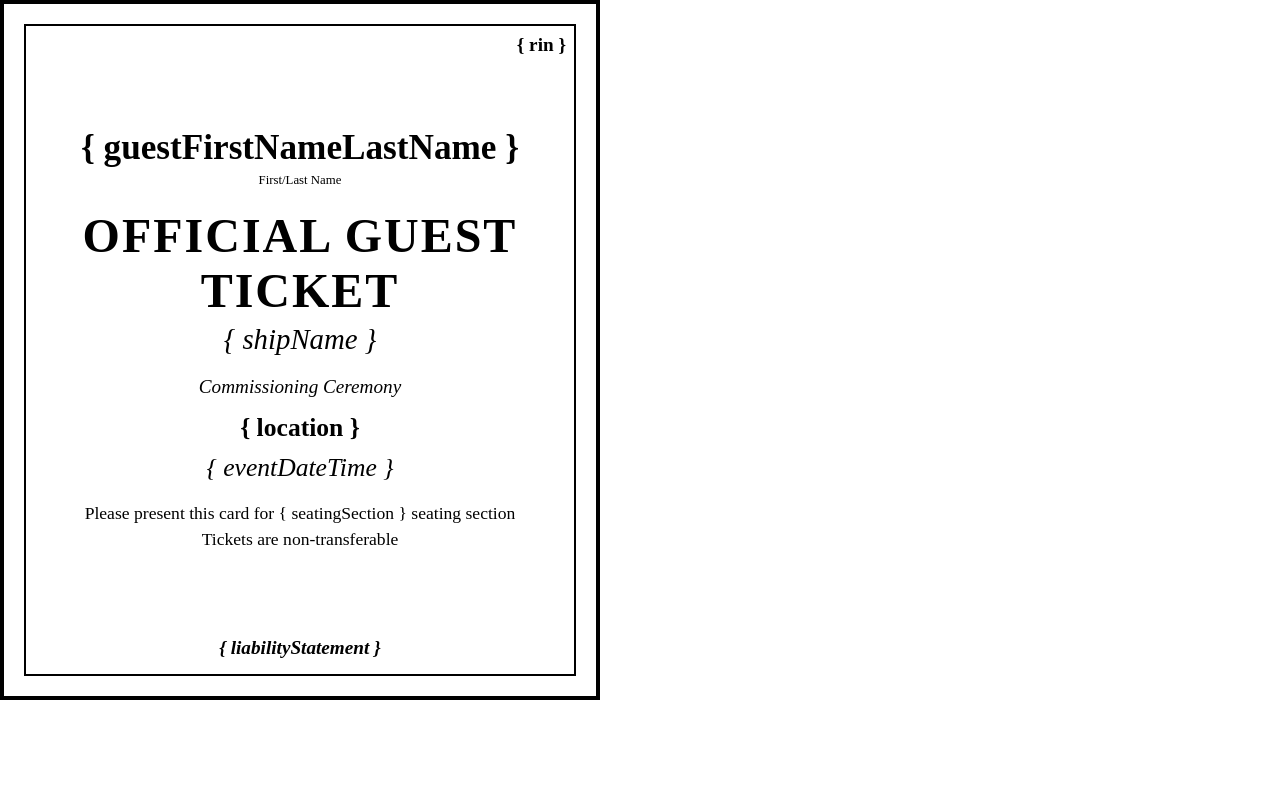
Repository: yaleevans/SabelWeasyPrintPDFLambda
Page: event_ticket_template.html
The author's editor kept a copy of each file at every save. The page is drawn from the files as they stood at one save, then again after the next save.
The browser window is 1280 px wide. The pictures show the whole page.

Above is the page before, as saved 2025-10-20 09:42:59.

After the next save:
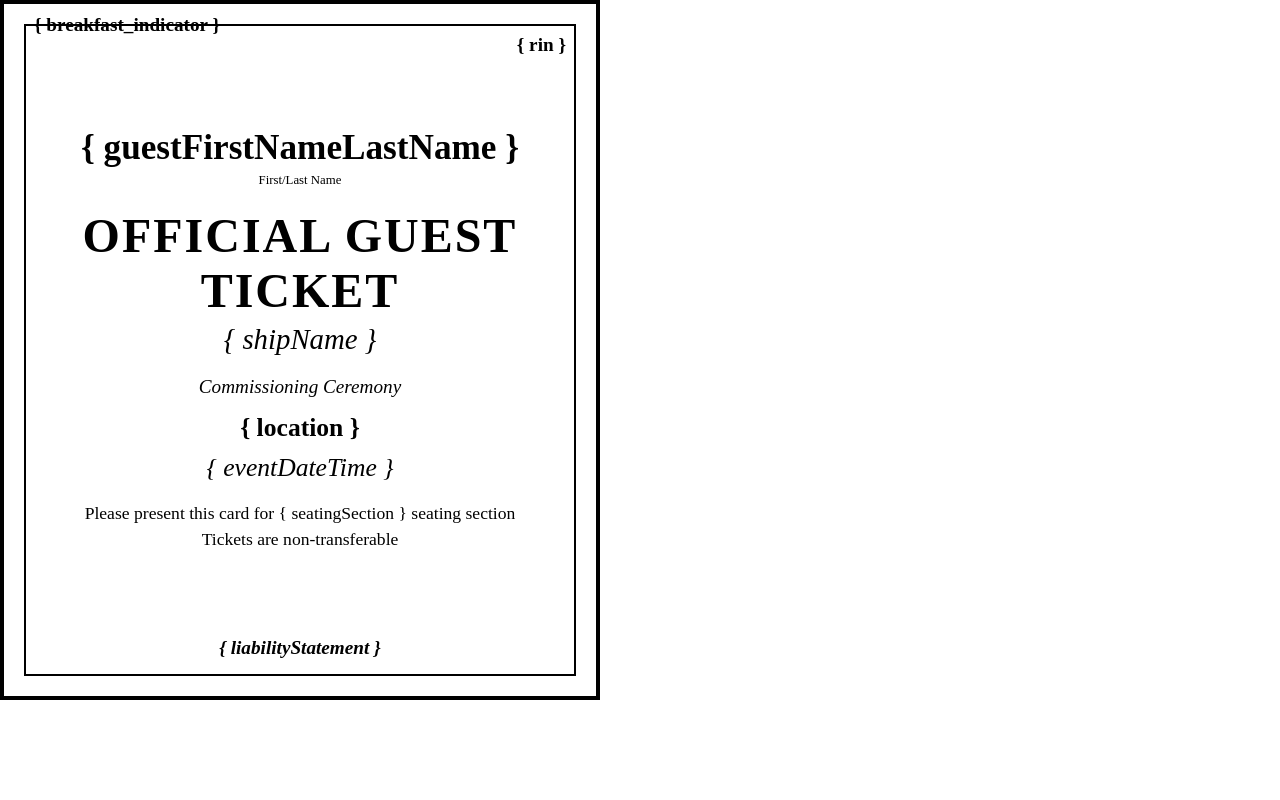
Saved 23 h 48 min later.
--- a/event_ticket_template.html
+++ b/event_ticket_template.html
@@ -65,6 +65,19 @@
             background-color: transparent;
             z-index: 10;
         }
+
+         .breakfast-overlay {
+            /* Position relative to .ticket-container */
+            position: absolute;
+            top: 5px;
+            left: 25px;
+            padding: 5px;
+            font-size: 1.2em;
+            font-weight: bold;
+            /* Color is inherited from .ticket-container */
+            background-color: transparent;
+            z-index: 10;
+        }
         /* --- TEXT STYLING --- */
         .content {
             /* Ensure content takes up all available vertical space in the inner-border */
@@ -96,6 +109,10 @@
             { rin }
         </div>
 
+        <div class="breakfast-overlay">
+            { breakfast_indicator }
+        </div>
+
         <div class="inner-border" style="background-color: { background_color }">
             <div class="content">
                 <div class="guest-name">{ guestFirstNameLastName }</div>
